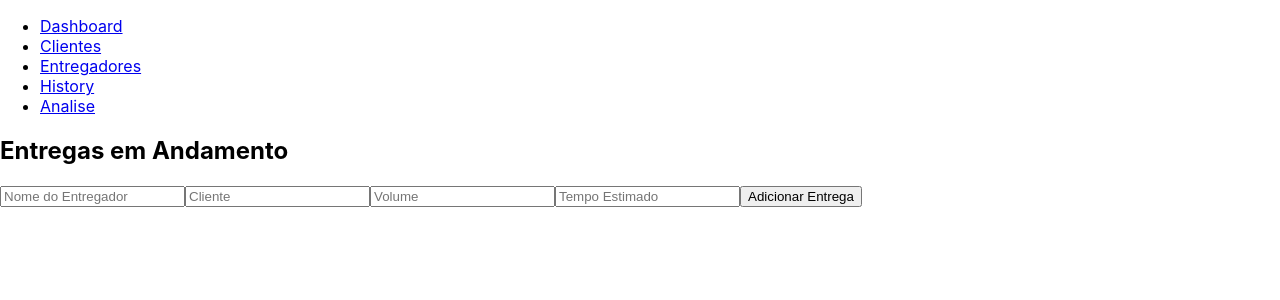
Repository: feliperanon/gestao-entregas
Page: /dashboard (app in frontend/)
These files come from the project's save history. The page is drawn as it stood at one moment and after the next save; the edit follows.
The browser window is 1280 px wide. The pictures show the whole page.
The page's requests for data from a server got no answer. The project was rebuilt for these pictures with package versions that can differ from the ones it lists, and the page was loaded fresh each time. No one was signed in, and anything a server would have sent is missing. Also part of the build but not shown: frontend/src/pages/Clientes.js, frontend/src/pages/Entregadores.js, frontend/src/pages/History.js, frontend/src/pages/Analise.js, frontend/src/pages/Login.js.

Above is the page before, as saved 2024-06-30 11:18:38.

### frontend/src/App.js
import React from 'react';
import { BrowserRouter as Router, Route, Routes, Link, useLocation } from 'react-router-dom';
import Dashboard from './pages/Dashboard';
import Clientes from './pages/Clientes';
import Entregadores from './pages/Entregadores';
import History from './pages/History';
import Analise from './pages/Analise';
import Login from './pages/Login';

const Navigation = () => {
  const location = useLocation();
  return (
    location.pathname !== '/login' && (
      <nav>
        <ul>
          <li><Link to="/dashboard">Dashboard</Link></li>
          <li><Link to="/clientes">Clientes</Link></li>
          <li><Link to="/entregadores">Entregadores</Link></li>
          <li><Link to="/history">History</Link></li>
          <li><Link to="/analise">Analise</Link></li>
        </ul>
      </nav>
    )
  );
};

const App = () => {
  return (
    <Router>
      <div>
        <Navigation />
        <Routes>
          <Route path="/dashboard" element={<Dashboard />} />
          <Route path="/clientes" element={<Clientes />} />
          <Route path="/entregadores" element={<Entregadores />} />
          <Route path="/history" element={<History />} />
          <Route path="/analise" element={<Analise />} />
          <Route path="/login" element={<Login />} />
        </Routes>
      </div>
    </Router>
  );
};

export default App;

### frontend/src/pages/Dashboard.js
import React, { useState, useEffect } from 'react';
import api from '../services/api';

const Dashboard = () => {
  const [entregas, setEntregas] = useState([]);
  const [form, setForm] = useState({ nomeEntregador: '', cliente: '', volume: '', status: 'Em andamento', tempoEstimado: '' });

  useEffect(() => {
    const fetchEntregas = async () => {
      try {
        const token = localStorage.getItem('token');
        const response = await api.get('/entregas', {
          headers: { Authorization: `Bearer ${token}` }
        });
        setEntregas(response.data.filter(entrega => entrega.status === 'Em andamento').map(entrega => ({
          ...entrega,
          tempoDecorrido: calculateTempoDecorrido(entrega.dataInicio)
        })));
      } catch (error) {
        console.error('Error fetching entregas:', error);
      }
    };
    fetchEntregas();

    const intervalId = setInterval(() => {
      setEntregas((prevEntregas) =>
        prevEntregas.map((entrega) => ({
          ...entrega,
          tempoDecorrido: calculateTempoDecorrido(entrega.dataInicio)
        }))
      );
    }, 60000); // Atualiza a cada minuto

    return () => clearInterval(intervalId); // Limpa o intervalo quando o componente desmonta
  }, []);

  const calculateTempoDecorrido = (dataInicio) => {
    const now = new Date();
    const inicio = new Date(dataInicio);
    const diffInMinutes = Math.floor((now - inicio) / 60000); // Calcula a diferença em minutos
    return diffInMinutes;
  };

  const handleChange = (e) => {
    setForm({ ...form, [e.target.name]: e.target.value });
  };

  const handleSubmit = async (e) => {
    e.preventDefault();
    try {
      const token = localStorage.getItem('token');
      const novaEntrega = {
        ...form,
        dataInicio: new Date().toISOString() // Adiciona a data e hora de início
      };
      const response = await api.post('/entregas', novaEntrega, {
        headers: { Authorization: `Bearer ${token}` }
      });
      setEntregas([...entregas, { ...response.data, tempoDecorrido: 0 }]);
      setForm({ nomeEntregador: '', cliente: '', volume: '', status: 'Em andamento', tempoEstimado: '' });
    } catch (error) {
      console.error('Error adding entrega:', error);
    }
  };

  const handleFinalize = async (id) => {
    try {
      const token = localStorage.getItem('token');
      await api.put(`/entregas/${id}`, { status: 'Finalizada' }, {
        headers: { Authorization: `Bearer ${token}` }
      });
      setEntregas(entregas.filter(entrega => entrega._id !== id));
    } catch (error) {
      console.error('Error finalizing entrega:', error);
    }
  };

  return (
    <div>
      <h2>Entregas em Andamento</h2>
      <form onSubmit={handleSubmit}>
        <input name="nomeEntregador" value={form.nomeEntregador} onChange={handleChange} placeholder="Nome do Entregador" required />
        <input name="cliente" value={form.cliente} onChange={handleChange} placeholder="Cliente" required />
        <input name="volume" value={form.volume} onChange={handleChange} placeholder="Volume" required />
        <input name="tempoEstimado" value={form.tempoEstimado} onChange={handleChange} placeholder="Tempo Estimado" required />
        <button type="submit">Adicionar Entrega</button>
      </form>
      <ul>
        {entregas.map((entrega) => (
          <li key={entrega._id}>
            <span>{entrega.nomeEntregador} - {entrega.cliente} - {entrega.volume} - {entrega.status} - {entrega.tempoEstimado} minutos - Tempo Em Andamento: {entrega.tempoDecorrido} minutos</span>
            <button onClick={() => handleFinalize(entrega._id)}>Finalizar Entrega</button>
          </li>
        ))}
      </ul>
    </div>
  );
};

export default Dashboard;

### frontend/src/services/api.js
import axios from 'axios';

const api = axios.create({
  baseURL: 'http://localhost:5003', // Alterado para a porta 5003
});

export default api;

Loaded but not shown: frontend/public/index.html (common file); frontend/src/index.js (common file); frontend/src/index.css (common file); frontend/src/reportWebVitals.js (common file)

After the next save:
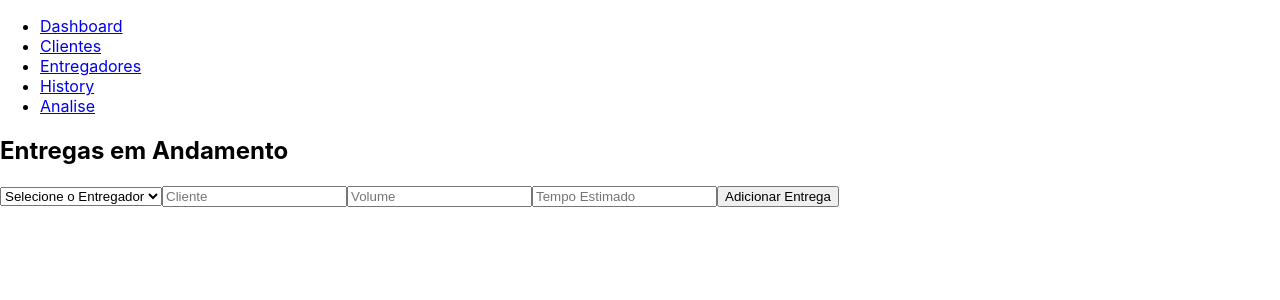
Saved 3 min 17 s later.
--- a/frontend/src/pages/Dashboard.js
+++ b/frontend/src/pages/Dashboard.js
@@ -3,6 +3,7 @@ import api from '../services/api';
 
 const Dashboard = () => {
   const [entregas, setEntregas] = useState([]);
+  const [entregadores, setEntregadores] = useState([]);
   const [form, setForm] = useState({ nomeEntregador: '', cliente: '', volume: '', status: 'Em andamento', tempoEstimado: '' });
 
   useEffect(() => {
@@ -20,7 +21,21 @@ const Dashboard = () => {
         console.error('Error fetching entregas:', error);
       }
     };
+
+    const fetchEntregadores = async () => {
+      try {
+        const token = localStorage.getItem('token');
+        const response = await api.get('/entregadores', {
+          headers: { Authorization: `Bearer ${token}` }
+        });
+        setEntregadores(response.data);
+      } catch (error) {
+        console.error('Error fetching entregadores:', error);
+      }
+    };
+
     fetchEntregas();
+    fetchEntregadores();
 
     const intervalId = setInterval(() => {
       setEntregas((prevEntregas) =>
@@ -79,7 +94,12 @@ const Dashboard = () => {
     <div>
       <h2>Entregas em Andamento</h2>
       <form onSubmit={handleSubmit}>
-        <input name="nomeEntregador" value={form.nomeEntregador} onChange={handleChange} placeholder="Nome do Entregador" required />
+        <select name="nomeEntregador" value={form.nomeEntregador} onChange={handleChange} required>
+          <option value="">Selecione o Entregador</option>
+          {entregadores.map((entregador) => (
+            <option key={entregador._id} value={entregador.nome}>{entregador.nome}</option>
+          ))}
+        </select>
         <input name="cliente" value={form.cliente} onChange={handleChange} placeholder="Cliente" required />
         <input name="volume" value={form.volume} onChange={handleChange} placeholder="Volume" required />
         <input name="tempoEstimado" value={form.tempoEstimado} onChange={handleChange} placeholder="Tempo Estimado" required />
